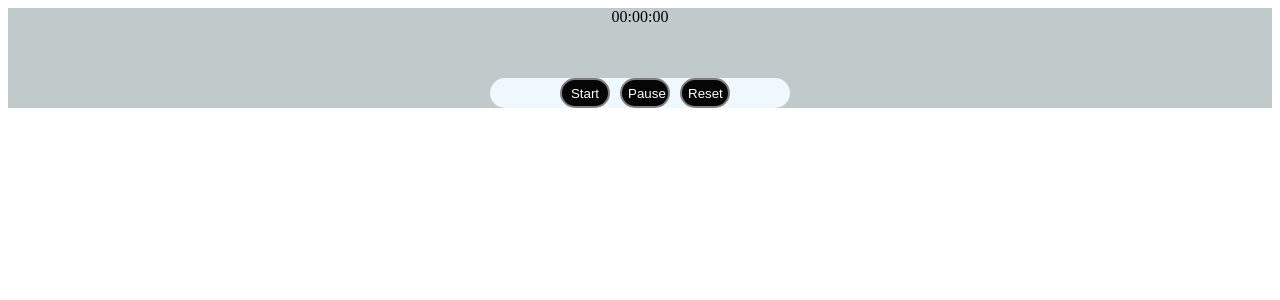
Repository: albinsabu2023/Stopwatch-program
Page: index.html
The author's editor kept a copy of each file at every save. The page is drawn from the files as they stood at one save, then again after the next save.
The browser window is 1280 px wide. The pictures show the whole page.

Above is the page before, as saved 2023-03-03 23:16:56.

After the next save:
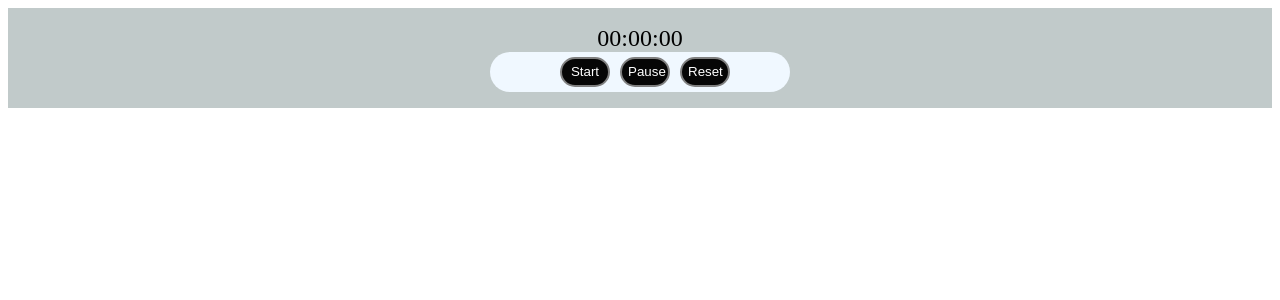
Saved 16 s later.
--- a/style.css
+++ b/style.css
@@ -25,5 +25,5 @@
     color: white;
 }
 #time{
-    height:100px;
+    font-size: x-large;
 }
